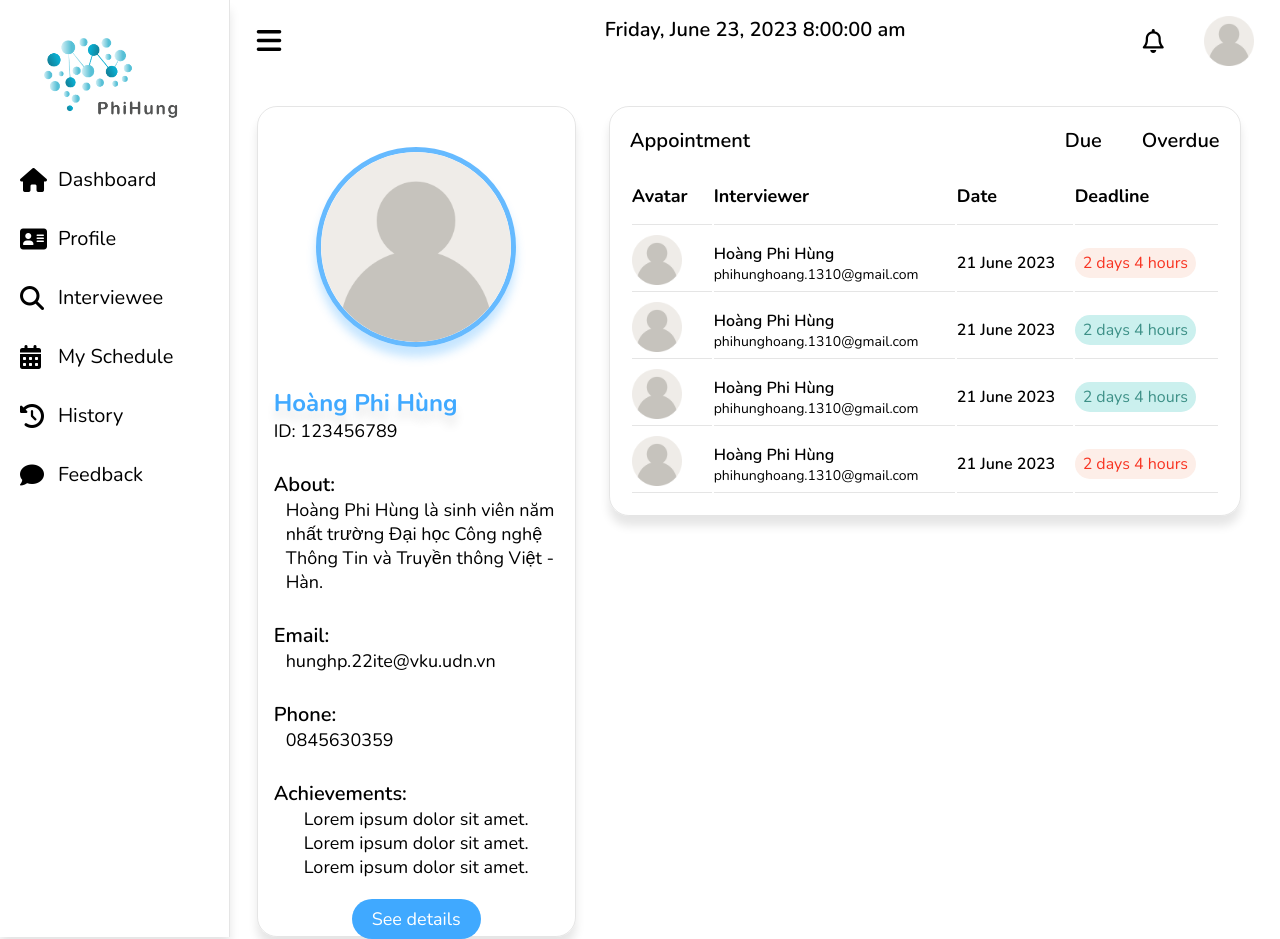
Repository: hphihungit/InterviewService
Page: interviewee.html
These files come from the project's save history. The page is drawn as it stood at one moment and after a run of saves; the edit follows.
The browser window is 1280 px wide. The pictures show the whole page.

Above is the page before, as saved 2023-06-01 01:14:12.

### interviewee.html
<!DOCTYPE html>
<html lang="en">
<head>
    <meta charset="UTF-8">
    <meta http-equiv="X-UA-Compatible" content="IE=edge">
    <meta name="viewport" content="width=device-width, initial-scale=1.0">
    <title>Document</title>
    <link rel="stylesheet" href="assets/css/grid.css">
    <link rel="stylesheet" href="assets/css/base.css">
    <link rel="stylesheet" href="https://cdnjs.cloudflare.com/ajax/libs/font-awesome/6.4.0/css/all.min.css" integrity="sha512-iecdLmaskl7CVkqkXNQ/ZH/XLlvWZOJyj7Yy7tcenmpD1ypASozpmT/E0iPtmFIB46ZmdtAc9eNBvH0H/ZpiBw==" crossorigin="anonymous" referrerpolicy="no-referrer"/>
    <link rel="preconnect" href="https://fonts.googleapis.com">
    <link rel="preconnect" href="https://fonts.gstatic.com" crossorigin>
    <link href="https://fonts.googleapis.com/css2?family=Nunito:wght@200;300;400;500;600;700;800;900;1000&display=swap" rel="stylesheet">
    <link rel="stylesheet" href="assets/css/interviewee.css">
</head>
<body>
    <div id="main">
        <div class="dashboard">
            <div class="dashboard__logo"></div>
            <ul class="dashboard__list">
                <li class="dashboard__item">
                    <a href="" class="icon__link">
                        <i class="fa-solid fa-house"></i>
                    </a>
                    <a href="" class="link">Dashboard</a>
                </li>
                <li class="dashboard__item">
                    <a href="" class="icon__link">
                        <i class="fa-solid fa-address-card"></i>
                    </a>
                    <a href="" class="link">Profile</a>
                </li>
                <li class="dashboard__item">
                    <a href="" class="icon__link">
                        <i class="fa-solid fa-magnifying-glass"></i>
                    </a>
                    <a href="" class="link">Interviewee</a>
                </li>
                <li class="dashboard__item">
                    <a href="" class="icon__link">
                        <i class="fa-solid fa-calendar-days"></i>
                    </a>
                    <a href="" class="link">My Schedule</a>
                </li>
                <li class="dashboard__item">
                    <a href="" class="icon__link">
                        <i class="fa-solid fa-clock-rotate-left"></i>
                    </a>
                    <a href="" class="link">History</a>
                </li>
                <li class="dashboard__item">
                    <a href="" class="icon__link">
                        <i class="fa-solid fa-comment"></i>
                    </a>
                    <a href="" class="link">Feedback</a>
                </li>
            </ul>
        </div>

        <div class="container">
            <div class="header">
                <div class="header__icon">
                    <label class="fa-solid fa-bars header__label"></label>
                </div>

                <div class="header__time">
                    Friday, June 23, 2023 8:00:00 am
                </div>

                <div class="header__news">
                    <label class="fa-regular fa-bell header__label--bell"></label>
                    <div class="header__avatar">
                        <img src="assets/img/user.png" alt="">
                    </div>
                </div>
            </div>

            <div class="about">
                <div class="cv">
                    <div class="cv__avatar">
                        <img src="assets/img/user.png" alt="">
                    </div>

                    <div class="cv__name">
                        <p class="cv__name--interviewee">Hoàng Phi Hùng</p>
                        <p class="cv__id">ID: 123456789</p>
                    </div>

                    <div class="cv__about">
                        <p class="cv__about--title">About: </p>
                        <p class="cv__about--content">
                            Hoàng Phi Hùng là sinh viên năm nhất trường Đại học Công nghệ Thông Tin và Truyền thông Việt - Hàn.
                        </p>
                    </div>

                    <div class="cv__email">
                        <p class="cv__email--title">Email: </p>
                        <p class="cv__email--content">hunghp.22ite@vku.udn.vn</p>
                    </div>

                    <div class="cv__phone">
                        <p class="cv__phone--title">Phone: </p>
                        <p class="cv__phone--content">0845630359</p>
                    </div>

                    <div class="cv__info">
                        <p class="cv__info--title">Achievements: </p>
                        <ul class="cv__info--list">
                            <li class="cv__info--item">Lorem ipsum dolor sit amet.</li>
                            <li class="cv__info--item">Lorem ipsum dolor sit amet.</li>
                            <li class="cv__info--item">Lorem ipsum dolor sit amet.</li>
                        </ul>
                    </div>

                    <div class="cv__all">
                        <a href="" class="btn--cv--all">See details</a>
                    </div>
                </div>

                <div class="info">
                    <div class="appointment">
                        <div class="appointment__title">
                            <div class="title">
                                Appointment
                            </div>
                            <div class="note">
                                <div class="note__due">Due</div>
                                <div class="note__overdue">Overdue</div>
                            </div>
                        </div>

                        <table>
                            <thead>
                                <th>Avatar</th>
                                <th>Interviewer</th>
                                <th>Date</th>
                                <th>Deadline</th>
                            </thead>

                            <tbody>
                                <tr>
                                    <td>
                                        <img src="assets/img/user.png" alt="">
                                    </td>
                                    <td>
                                        <p class="name">Hoàng Phi Hùng</p>
                                        <p class="email">phihunghoang.1310@gmail.com</p>
                                    </td>
                                    <td>
                                        <span class="date">21 June 2023</span>
                                    </td>
                                    <td>
                                        <span class="overdue">2 days 4 hours</span>
                                    </td>
                                </tr>
                                <tr>
                                    <td>
                                        <img src="assets/img/user.png" alt="">
                                    </td>
                                    <td>
                                        <p class="name">Hoàng Phi Hùng</p>
                                        <p class="email">phihunghoang.1310@gmail.com</p>
                                    </td>
                                    <td>
                                        <span class="date">21 June 2023</span>
                                    </td>
                                    <td>
                                        <span class="due">2 days 4 hours</span>
                                    </td>
                                </tr>
                                <tr>
                                    <td>
                                        <img src="assets/img/user.png" alt="">
                                    </td>
                                    <td>
                                        <p class="name">Hoàng Phi Hùng</p>
                                        <p class="email">phihunghoang.1310@gmail.com</p>
                                    </td>
                                    <td>
                                        <span class="date">21 June 2023</span>
                                    </td>
                                    <td>
                                        <span class="due">2 days 4 hours</span>
                                    </td>
                                </tr>
                                <tr>
                                    <td>
                                        <img src="assets/img/user.png" alt="">
                                    </td>
                                    <td>
                                        <p class="name">Hoàng Phi Hùng</p>
                                        <p class="email">phihunghoang.1310@gmail.com</p>
                                    </td>
                                    <td>
                                        <span class="date">21 June 2023</span>
                                    </td>
                                    <td>
                                        <span class="overdue">2 days 4 hours</span>
                                    </td>
                                </tr>
                            </tbody>
                        </table>
                    </div>
                </div>
            </div>
        </div>
    </div>
</body>
</html>

### assets/css/grid.css
.grid {
    width: 90%;
    display: block;
    padding: 0;
    margin: 0 auto;
}

.row {
    display: flex;
    flex-wrap: wrap;
    margin-left: -4px;
    margin-right: -4px;
}

.row.no-gutters {
    margin-left: 0;
    margin-right: 0;
}

.col {
    padding-left: 4px;
    padding-right: 4px;
}

.row.no-gutters .col {
    padding-left: 0;
    padding-right: 0;
}

.c-0 {
    display: none;
}

.c-1 {
    flex: 0 0 8.33333%;
    max-width: 8.33333%;
}

.c-2 {
    flex: 0 0 16.66667%;
    max-width: 16.66667%;
}

.c-3 {
    flex: 0 0 25%;
    max-width: 25%;
}

.c-4 {
    flex: 0 0 33.33333%;
    max-width: 33.33333%;
}

.c-5 {
    flex: 0 0 41.66667%;
    max-width: 41.66667%;
}

.c-6 {
    flex: 0 0 50%;
    max-width: 50%;
}

.c-7 {
    flex: 0 0 58.33333%;
    max-width: 58.33333%;
}

.c-8 {
    flex: 0 0 66.66667%;
    max-width: 66.66667%;
}

.c-9 {
    flex: 0 0 75%;
    max-width: 75%;
}

.c-10 {
    flex: 0 0 83.33333%;
    max-width: 83.33333%;
}

.c-11 {
    flex: 0 0 91.66667%;
    max-width: 91.66667%;
}

.c-12 {
    flex: 0 0 100%;
    max-width: 100%;
}

.c-o-1 {
    margin-left: 8.33333%;
}

.c-o-2 {
    margin-left: 16.66667%;
}

.c-o-3 {
    margin-left: 25%;
}

.c-o-4 {
    margin-left: 33.33333%;
}

.c-o-5 {
    margin-left: 41.66667%;
}

.c-o-6 {
    margin-left: 50%;
}

.c-o-7 {
    margin-left: 58.33333%;
}

.c-o-8 {
    margin-left: 66.66667%;
}

.c-o-9 {
    margin-left: 75%;
}

.c-o-10 {
    margin-left: 83.33333%;
}

.c-o-11 {
    margin-left: 91.66667%;
}

/* >= Tablet */
@media (min-width: 740px) {
    .row {
        margin-left: -8px;
        margin-right: -8px;
    }

    .col {
        padding-left: 8px;
        padding-right: 8px;
    }

    .m-0 {
        display: none;
    }

    .m-1,
    .m-2,
    .m-3,
    .m-4,
    .m-5,
    .m-6,
    .m-7,
    .m-8,
    .m-9,
    .m-10,
    .m-11,
    .m-12 {
        display: block;
    }

    .m-1 {
        flex: 0 0 8.33333%;
        max-width: 8.33333%;
    }

    .m-2 {
        flex: 0 0 16.66667%;
        max-width: 16.66667%;
    }

    .m-3 {
        flex: 0 0 25%;
        max-width: 25%;
    }

    .m-4 {
        flex: 0 0 33.33333%;
        max-width: 33.33333%;
    }

    .m-5 {
        flex: 0 0 41.66667%;
        max-width: 41.66667%;
    }

    .m-6 {
        flex: 0 0 50%;
        max-width: 50%;
    }

    .m-7 {
        flex: 0 0 58.33333%;
        max-width: 58.33333%;
    }

    .m-8 {
        flex: 0 0 66.66667%;
        max-width: 66.66667%;
    }

    .m-9 {
        flex: 0 0 75%;
        max-width: 75%;
    }

    .m-10 {
        flex: 0 0 83.33333%;
        max-width: 83.33333%;
    }

    .m-11 {
        flex: 0 0 91.66667%;
        max-width: 91.66667%;
    }

    .m-12 {
        flex: 0 0 100%;
        max-width: 100%;
    }

    .m-o-1 {
        margin-left: 8.33333%;
    }

    .m-o-2 {
        margin-left: 16.66667%;
    }

    .m-o-3 {
        margin-left: 25%;
    }

    .m-o-4 {
        margin-left: 33.33333%;
    }

    .m-o-5 {
        margin-left: 41.66667%;
    }

    .m-o-6 {
        margin-left: 50%;
    }

    .m-o-7 {
        margin-left: 58.33333%;
    }

    .m-o-8 {
        margin-left: 66.66667%;
    }

    .m-o-9 {
        margin-left: 75%;
    }

    .m-o-10 {
        margin-left: 83.33333%;
    }

    .m-o-11 {
        margin-left: 91.66667%;
    }
}

/* PC medium resolution > */
@media (min-width: 1113px) {
    .row {
        margin-left: -12px;
        margin-right: -12px;
    }

    .row.sm-gutter {
        margin-left: -5px;
        margin-right: -5px;
    }

    .col {
        padding-left: 12px;
        padding-right: 12px;
    }

    .row.sm-gutter .col {
        padding-left: 5px;
        padding-right: 5px;
    }

    .l-0 {
        display: none;
    }

    .l-1,
    .l-2,
    .l-2-4,
    .l-3,
    .l-4,
    .l-5,
    .l-6,
    .l-7,
    .l-8,
    .l-9,
    .l-10,
    .l-11,
    .l-12 {
        display: block;
    }

    .l-1 {
        flex: 0 0 8.33333%;
        max-width: 8.33333%;
    }

    .l-2 {
        flex: 0 0 16.66667%;
        max-width: 16.66667%;
    }

    .l-2-4 {
        flex: 0 0 20%;
        max-width: 20%;
    }

    .l-3 {
        flex: 0 0 25%;
        max-width: 25%;
    }

    .l-4 {
        flex: 0 0 33.33333%;
        max-width: 33.33333%;
    }

    .l-5 {
        flex: 0 0 41.66667%;
        max-width: 41.66667%;
    }

    .l-6 {
        flex: 0 0 50%;
        max-width: 50%;
    }

    .l-7 {
        flex: 0 0 58.33333%;
        max-width: 58.33333%;
    }

    .l-8 {
        flex: 0 0 66.66667%;
        max-width: 66.66667%;
    }

    .l-9 {
        flex: 0 0 75%;
        max-width: 75%;
    }

    .l-10 {
        flex: 0 0 83.33333%;
        max-width: 83.33333%;
    }

    .l-11 {
        flex: 0 0 91.66667%;
        max-width: 91.66667%;
    }

    .l-12 {
        flex: 0 0 100%;
        max-width: 100%;
    }

    .l-o-1 {
        margin-left: 8.33333%;
    }

    .l-o-2 {
        margin-left: 16.66667%;
    }

    .l-o-3 {
        margin-left: 25%;
    }

    .l-o-4 {
        margin-left: 33.33333%;
    }

    .l-o-5 {
        margin-left: 41.66667%;
    }

    .l-o-6 {
        margin-left: 50%;
    }

    .l-o-7 {
        margin-left: 58.33333%;
    }

    .l-o-8 {
        margin-left: 66.66667%;
    }

    .l-o-9 {
        margin-left: 75%;
    }

    .l-o-10 {
        margin-left: 83.33333%;
    }

    .l-o-11 {
        margin-left: 91.66667%;
    }
}

/* Tablet - PC low resolution */
@media (min-width: 740px) and (max-width: 1023px) {
    .wide {
        width: 644px;
    }
}

/* > PC low resolution */
@media (min-width: 1024px) and (max-width: 1239px) {
    .wide {
        width: 984px;
    }

    .wide .row {
        margin-left: -12px;
        margin-right: -12px;
    }

    .wide .row.sm-gutter {
        margin-left: -5px;
        margin-right: -5px;
    }

    .wide .col {
        padding-left: 12px;
        padding-right: 12px;
    }

    .wide .row.sm-gutter .col {
        padding-left: 5px;
        padding-right: 5px;
    }

    .wide .l-0 {
        display: none;
    }

    .wide .l-1,
    .wide .l-2,
    .wide .l-2-4,
    .wide .l-3,
    .wide .l-4,
    .wide .l-5,
    .wide .l-6,
    .wide .l-7,
    .wide .l-8,
    .wide .l-9,
    .wide .l-10,
    .wide .l-11,
    .wide .l-12 {
        display: block;
    }

    .wide .l-1 {
        flex: 0 0 8.33333%;
        max-width: 8.33333%;
    }

    .wide .l-2 {
        flex: 0 0 16.66667%;
        max-width: 16.66667%;
    }

    .wide .l-2-4 {
        flex: 0 0 20%;
        max-width: 20%;
    }

    .wide .l-3 {
        flex: 0 0 25%;
        max-width: 25%;
    }

    .wide .l-4 {
        flex: 0 0 33.33333%;
        max-width: 33.33333%;
    }

    .wide .l-5 {
        flex: 0 0 41.66667%;
        max-width: 41.66667%;
    }

    .wide .l-6 {
        flex: 0 0 50%;
        max-width: 50%;
    }

    .wide .l-7 {
        flex: 0 0 58.33333%;
        max-width: 58.33333%;
    }

    .wide .l-8 {
        flex: 0 0 66.66667%;
        max-width: 66.66667%;
    }

    .wide .l-9 {
        flex: 0 0 75%;
        max-width: 75%;
    }

    .wide .l-10 {
        flex: 0 0 83.33333%;
        max-width: 83.33333%;
    }

    .wide .l-11 {
        flex: 0 0 91.66667%;
        max-width: 91.66667%;
    }

    .wide .l-12 {
        flex: 0 0 100%;
        max-width: 100%;
    }

    .wide .l-o-1 {
        margin-left: 8.33333%;
    }

    .wide .l-o-2 {
        margin-left: 16.66667%;
    }

    .wide .l-o-3 {
        margin-left: 25%;
    }

    .wide .l-o-4 {
        margin-left: 33.33333%;
    }

    .wide .l-o-5 {
        margin-left: 41.66667%;
    }

    .wide .l-o-6 {
        margin-left: 50%;
    }

    .wide .l-o-7 {
        margin-left: 58.33333%;
    }

    .wide .l-o-8 {
        margin-left: 66.66667%;
    }

    .wide .l-o-9 {
        margin-left: 75%;
    }

    .wide .l-o-10 {
        margin-left: 83.33333%;
    }

    .wide .l-o-11 {
        margin-left: 91.66667%;
    }
}

### assets/css/base.css
:root {
    --white-color: #fff;
    --black-color: #000;
    --blue-color : #40a9ff;
    --text-color: #8f8f8f;
    --scale: 1px;
}

* {
    padding: 0;
    margin: 0;
    box-sizing: border-box;
    text-decoration: none;
    list-style-type: none;
}

html, body {
    font-size: 18px;
    font-family: 'Nunito', sans-serif;
    scroll-behavior: smooth;
}

### assets/css/interviewee.css
#main {
    width: 100%;
    display: flex;
}

.dashboard {
    width: 18%;
    min-height: 0;
    border-right: 1px solid rgba(0, 0, 0, 0.1);
    box-shadow: 0 10px 10px rgba(0, 0, 0, 0.1);
}

.dashboard__logo {
    width: 100%;
    height: 150px;
    background-image: url('../img/logo.png');
    background-repeat: no-repeat;
    background-size: 50%;
    background-size: 62%;
    background-position: 50% 85%;
}

.dashboard__list {
    width: 100%;
}

.dashboard__item {
    border-radius: 25px 0 0 25px;
    display: flex;
    width: 100%;
    padding: 0px 20px;
}

.dashboard__item:hover {
    background-color: var(--blue-color);
}

.dashboard__item:hover .link,
.dashboard__item:hover .icon__link {
    color: #fff;
}

.icon__link {
    display: flex;
    align-items: center;
    width: 20%;
    font-size: 24px;
    color: #000;
}

.link {
    display: inline-block;
    width: 80%;
    font-size: 20px;
    padding: 16px 0px;
    color: #000;
}

.container {
    width: 82%;
}

.header {
    width: 95%;
    margin: 0 auto;
    display: flex;
    justify-content: space-between;
    margin-top: 16px;
}

.header__icon {
    width: 32%;
    display: flex;
    justify-content: space-between;
    align-items: center;
}

.header__label {
    font-size: 28px;
}

.header__time {
    width: 32%;
    text-align: center;
    font-size: 20px;
    font-weight: 600;
}

.header__news {
    width: 32%;
    display: flex;
    justify-content: flex-end;
    align-items: center;
}

.header__label--bell {
    font-size: 24px;
    position: relative;
    padding-right: 40px;
}

.header__avatar {
    display: flex;
    justify-content: flex-end;
    align-items: center;
}

.header__avatar img {
    width: 50px;
    height: 50px;
}

.about {
    display: flex;
    justify-content: space-between;
    width: 95%;
    margin: 0 auto;
    margin-top: 40px;
}

.cv {
    width: 32%;
    max-height: 831px;
    border: 1px solid rgba(0, 0, 0, 0.1);
    border-radius: 20px;
    box-shadow: 0 10px 10px rgba(0, 0, 0, 0.1);
    padding: 0px 16px;
}

.cv__avatar {
    width: 100%;
    display: flex;
    justify-content: center;
    align-items: center;
    padding: 20px 0px;
    padding-top: 40px;
}

.cv__avatar img {
    width: 200px;
    height: 200px;
    border: 5px solid rgba(64, 169, 255, 0.8);
    border-radius: 50%;
    box-shadow: 0 10px 10px rgba(64, 169, 255, 0.3);;
}

.cv__name,
.cv__about,
.cv__email,
.cv__phone,
.cv__info {
    width: 100%;
    margin-top: 20px;
    margin-bottom: 28px;
}

.cv__name--interviewee {
    font-size: 24px;
    font-weight: 700;
    text-shadow: 0 10px 10px rgba(0, 0, 0, 0.1);
    color: var(--blue-color);
}

.cv__about--title,
.cv__email--title,
.cv__phone--title,
.cv__info--title {
    font-size: 20px;
    font-weight: 600;
}

.cv__about--content,
.cv__email--content,
.cv__phone--content {
    padding-left: 12px;
}

.cv__info--item {
    text-align: center;
}

.cv__all {
    width: 90%;
    margin: 0 auto;
    margin-bottom: 20px;
    text-align: center;
}

.btn--cv--all {
    padding: 8px 20px;
    border-radius: 20px;
    background-color: var(--blue-color);
    color: #fff;
}

.btn--cv--all:hover {
    opacity: 0.8;
}

.info {
    width: 66%;
}

.appointment {
    width: 96%;
    margin: 0 auto;
    border: 1px solid rgba(0, 0, 0, 0.1);
    box-shadow: 0 10px 10px rgba(0, 0, 0, 0.1);
    border-radius: 20px;
    padding: 20px;
}

.appointment__title {
    font-size: 20px;
    font-weight: 600;
    display: flex;
    justify-content: space-between;
}

.title {
    width: 50%;
}

.note {
    width: 50%;
    display: flex;
    justify-content: flex-end;
}

.note__due {
    margin-right: 40px;
}

table {
    width: 100%;
    margin-top: 28px;
}

th {
    text-align: left;
    padding-right: 12px;
    padding-bottom: 16px;
    border-bottom: 1px solid rgba(0, 0, 0, 0.1);
}

td {
    padding-top: 8px;
    font-size: 16px;
    border-bottom: 1px solid rgba(0, 0, 0, 0.1);
}

td img {
    width: 50px;
    height: 50px;
}

.date,
.name {
    font-weight: 600;
}

.email {
    font-size: 14px;
}

.due {
    background-color: #cbf0ee;
    color: #3d9087;
    padding: 4px 8px;
    border-radius: 20px;
}

.overdue {
    background-color: #fdeee8;
    color: #f83422;
    padding: 4px 8px;
    border-radius: 20px;
}

After the next 2 saves:
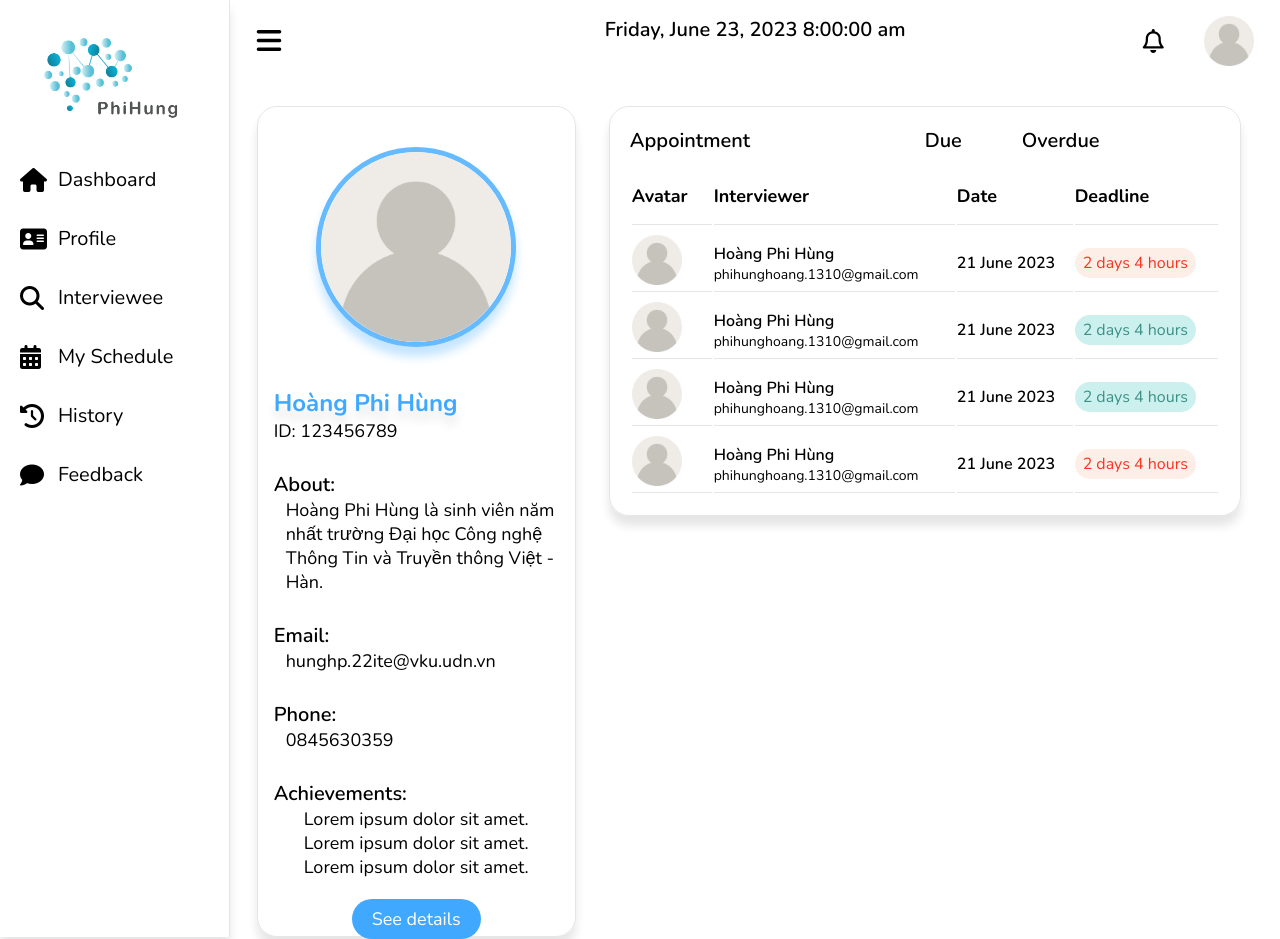
The 2 saves are shown as one change because they came seconds apart.
The last was saved 7 s later.
--- a/assets/css/interviewee.css
+++ b/assets/css/interviewee.css
@@ -224,11 +224,10 @@
 .note {
     width: 50%;
     display: flex;
-    justify-content: flex-end;
 }
 
 .note__due {
-    margin-right: 40px;
+    margin-right: 60px;
 }
 
 table {
